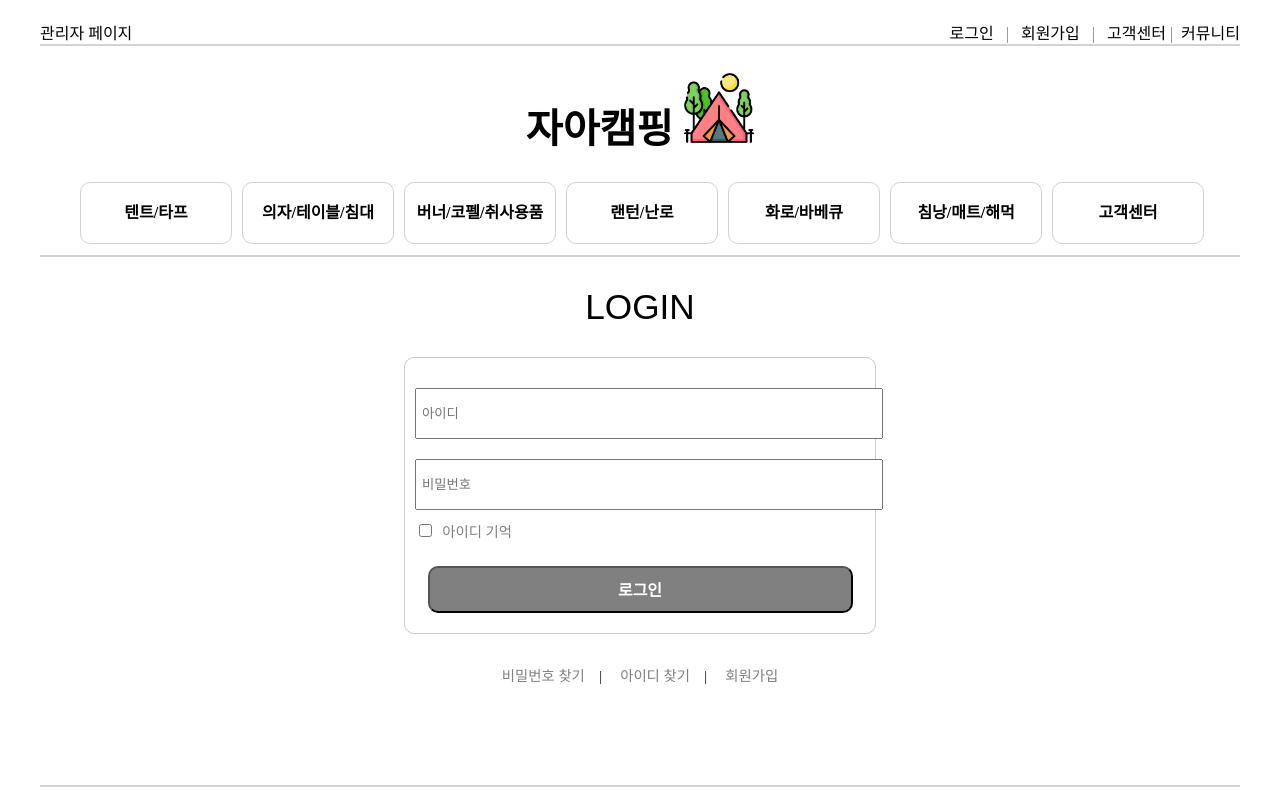
Repository: JJang-Ah/JSP-shoping-mall-project
Page: http://localhost/JaAhCamping/logon/memberLoginForm.jsp
These files come from the project's save history. The page is drawn as it stood at one moment and after the next save; the edit follows.
The browser window is 1280 px wide. The pictures show the whole page.
Some web fonts or font styles are not loaded; a fallback is used. The page is served by Tomcat 9.

Above is the page before, as saved 2022-06-12 13:42:38.

After the next save:
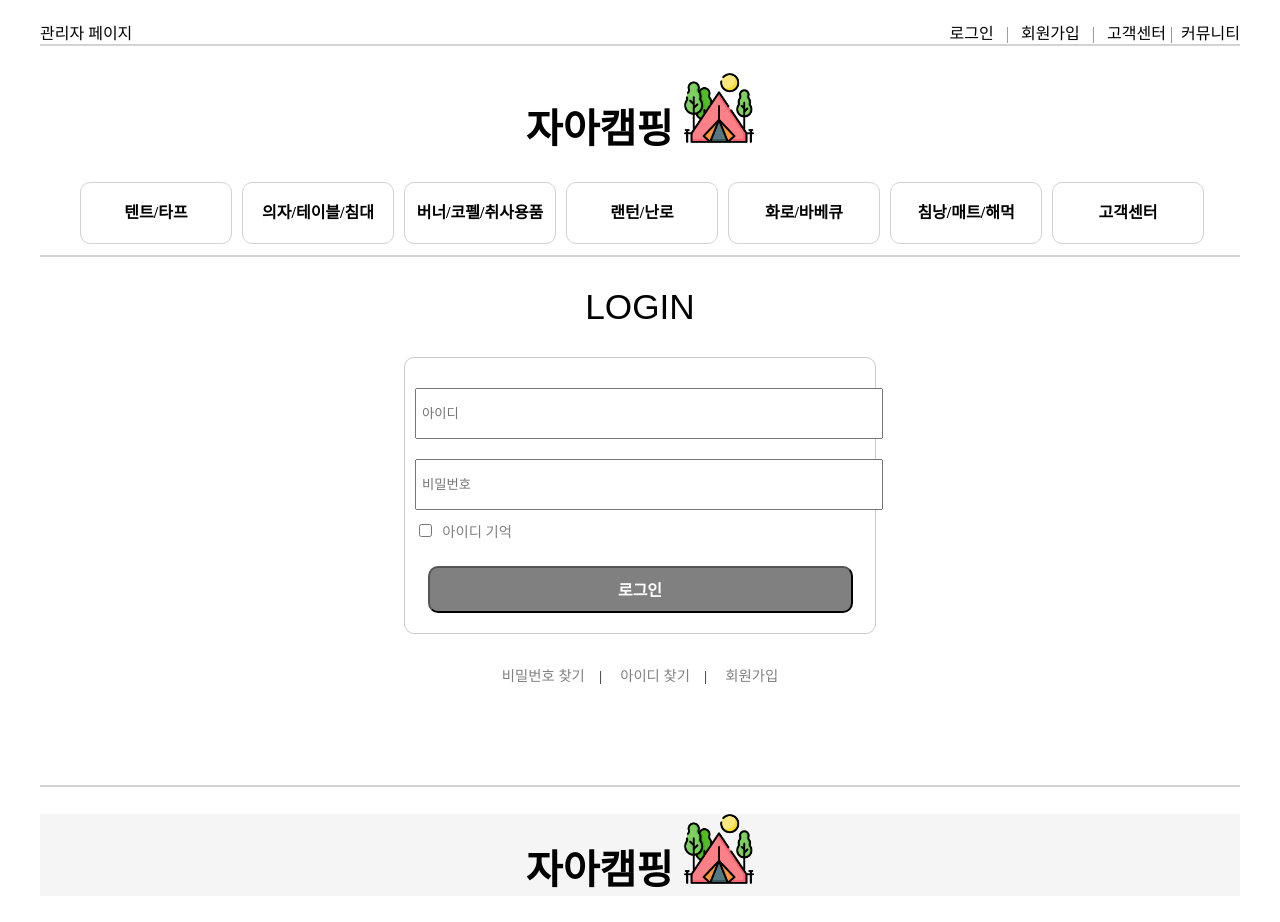
Saved 43 s later.
--- a/JaAhCamping/WebContent/mall/shopBottom.jsp
+++ b/JaAhCamping/WebContent/mall/shopBottom.jsp
@@ -10,8 +10,12 @@
 </style>
 </head>
 <body>
+<div id="container_bottom">
+	<h1 class="title"><a href="http://localhost:8088/JaAhCamping/mall/shopAll.jsp">자아캠핑&nbsp;<img alt="camping" src="/JaAhCamping/icons/camping.png" id="camping"></a></h1>
 
-<div id="container_bottom">
+<div>
+
+</div>
 
 
 
